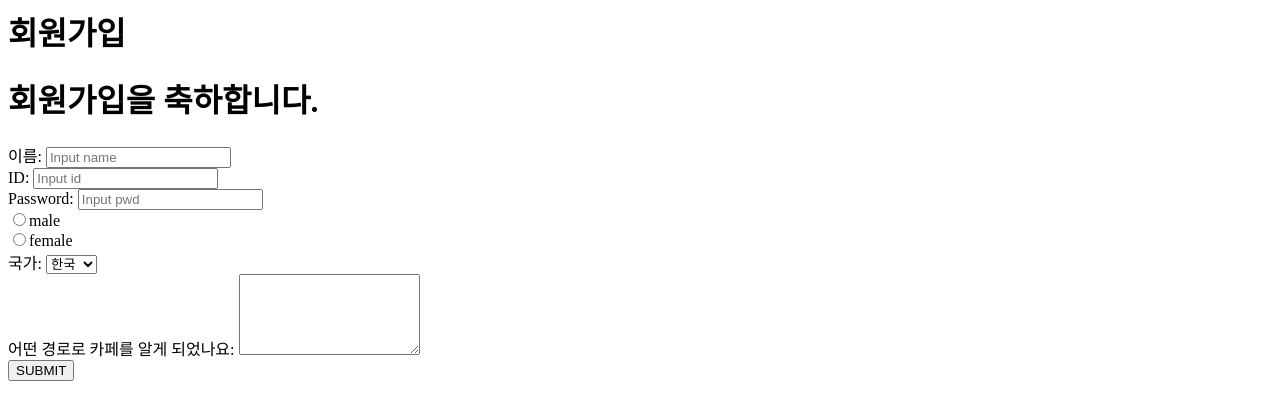
Repository: sangeun100/html
Page: http://localhost/login/register
The author's editor kept a copy of each file at every save. The page is drawn from the files as they stood at one save, then again after the next save.
The browser window is 1280 px wide. The pictures show the whole page.
The page is this project's Thymeleaf template; nobody is signed in. The template is opened directly, without the code that normally fills it, so the values that code supplies are empty.

Above is the page before, as saved 2022-05-23 23:59:49.
Console error: ReferenceError: $ is not defined

After the next save:
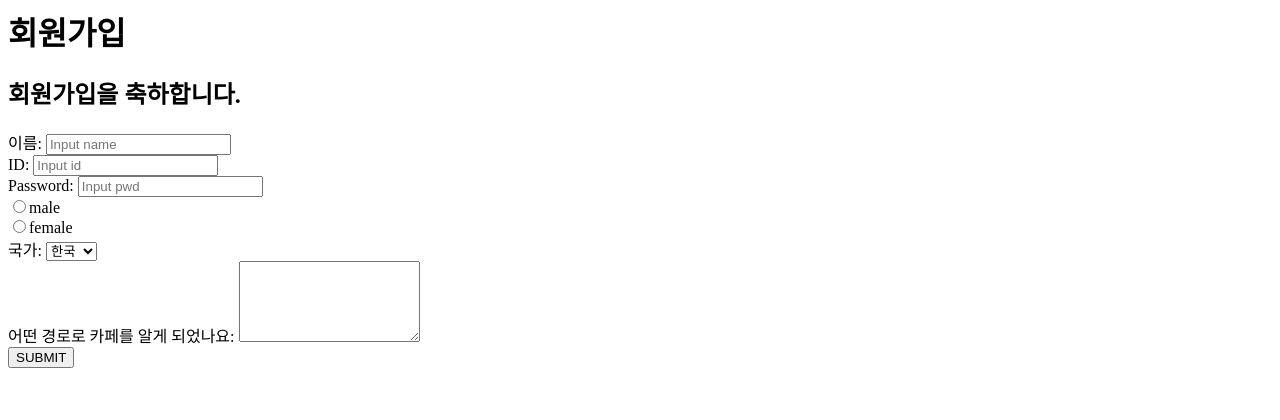
Saved 56 s later.
--- a/day061/src/main/resources/templates/login/register.html
+++ b/day061/src/main/resources/templates/login/register.html
@@ -49,7 +49,7 @@ $(document).ready(function () {
 <h1>회원가입</h1>
 
 <div>
-<h1>회원가입을 축하합니다.</h1>
+<h2>회원가입을 축하합니다.</h2>
 <form id="register_form1">
 <!-- 이름칸 -->
 <div class="form-group">
